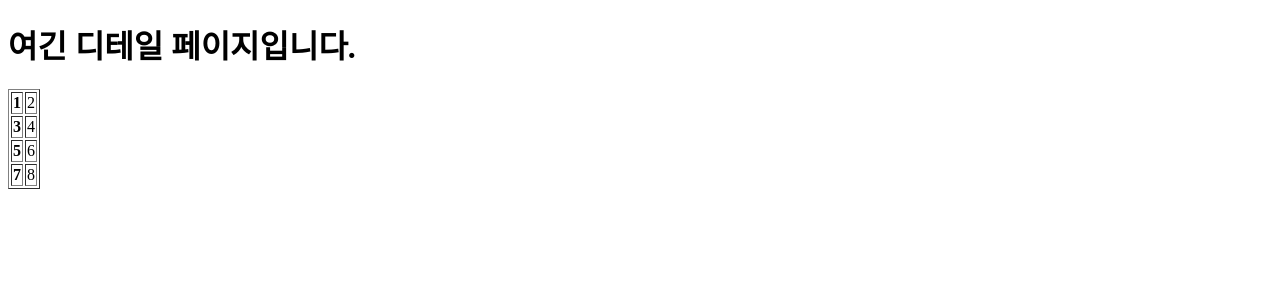
Repository: gatsby5959/_jsp_workspace_brd-mem_copy
Page: http://localhost/jsp_BoardMember/board/detail.jsp
These files come from the project's save history. The page is drawn as it stood at one moment and after the next save; the edit follows.
The browser window is 1280 px wide. The pictures show the whole page.
The page is served by Tomcat 9. Other server files are loaded and not shown.

Above is the page before, as saved 2023-09-07 08:56:04.

### jsp_BoardMember/src/main/webapp/board/detail.jsp
<%@ page language="java" contentType="text/html; charset=UTF-8"
	pageEncoding="UTF-8"%>
<!DOCTYPE html>
<html>
<head>
<meta charset="UTF-8">
<title>Insert title here</title>
</head>
<body>
	<h1>여긴 디테일 페이지입니다.</h1>
	<table border=1>
		<tr>
			<th>1</th>
			<td>2</td>
		</tr>
		<tr>
			<th>3</th>
			<td>4</td>
		</tr>
		<tr>
			<th>5</th>
			<td>6</td>
		</tr>
		<tr>
			<th>7</th>
			<td>8</td>
		</tr>

	</table>
</body>
</html>

After the next save:
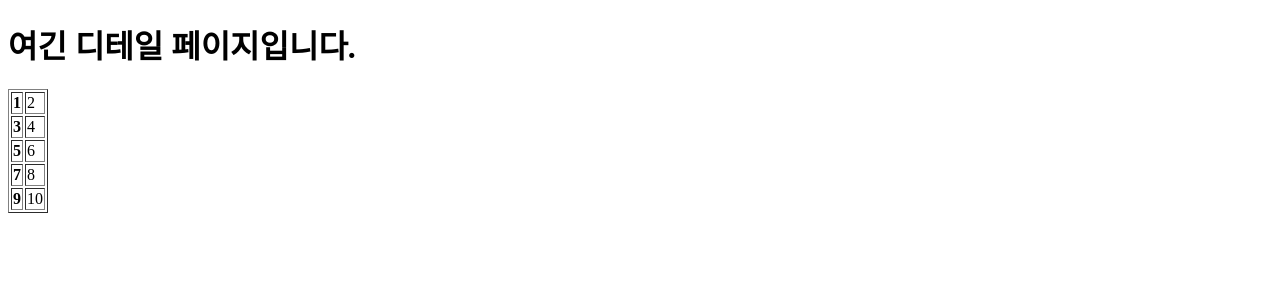
Saved 28 s later.
--- a/jsp_BoardMember/src/main/webapp/board/detail.jsp
+++ b/jsp_BoardMember/src/main/webapp/board/detail.jsp
@@ -25,6 +25,10 @@
 			<th>7</th>
 			<td>8</td>
 		</tr>
+		<tr>
+			<th>9</th>
+			<td>10</td>
+		</tr>
 
 	</table>
 </body>
